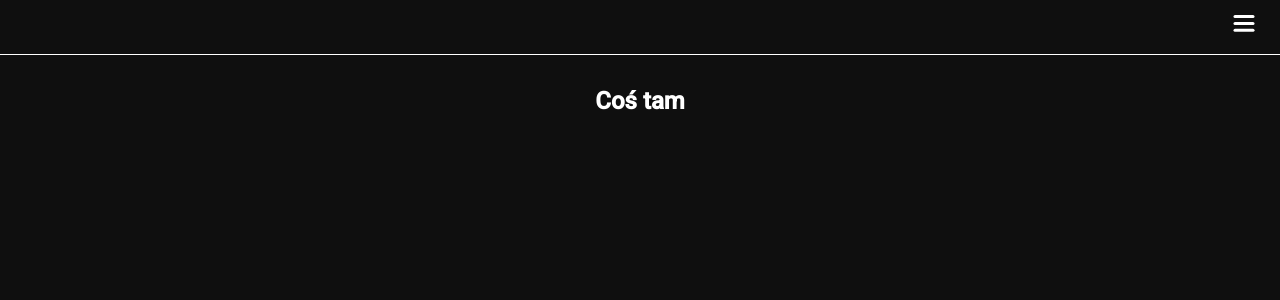
Repository: KrzysKolo/sr_tydzien5_zad3
Page: /
An editor plug-in stored every save of this project. The page is shown before and after the next save, followed by the edit.
The browser window is 1280 px wide. The pictures show the whole page.
The project was rebuilt for these pictures with package versions that can differ from the ones it lists, and the page was loaded fresh each time.

Above is the page before, as saved 2020-12-31 11:55:15.

### public/index.html
<!DOCTYPE html>
<html lang="en">
  <head>
    <meta charset="utf-8" />
    <link rel="icon" href="%PUBLIC_URL%/favicon.ico" />
    <meta name="viewport" content="width=device-width, initial-scale=1" />
    <meta name="theme-color" content="#000000" />
    <meta
      name="description"
      content="Web site created using create-react-app"
    />
    <link rel="apple-touch-icon" href="%PUBLIC_URL%/logo192.png" />
    <!--
      manifest.json provides metadata used when your web app is installed on a
      user's mobile device or desktop. See https://developers.google.com/web/fundamentals/web-app-manifest/
    -->
    <link rel="manifest" href="%PUBLIC_URL%/manifest.json" />
    <!--
      Notice the use of %PUBLIC_URL% in the tags above.
      It will be replaced with the URL of the `public` folder during the build.
      Only files inside the `public` folder can be referenced from the HTML.

      Unlike "/favicon.ico" or "favicon.ico", "%PUBLIC_URL%/favicon.ico" will
      work correctly both with client-side routing and a non-root public URL.
      Learn how to configure a non-root public URL by running `npm run build`.
    -->
    <link rel="preconnect" href="https://fonts.gstatic.com">
    <link href="https://fonts.googleapis.com/css2?family=Poppins:wght@300;400&family=Roboto:wght@500&display=swap" rel="stylesheet">
    <title>Menu nawigacyjne</title>
  </head>
  <body>
    <noscript>You need to enable JavaScript to run this app.</noscript>
    <div id="root"></div>
    <!--
      This HTML file is a template.
      If you open it directly in the browser, you will see an empty page.

      You can add webfonts, meta tags, or analytics to this file.
      The build step will place the bundled scripts into the <body> tag.

      To begin the development, run `npm start` or `yarn start`.
      To create a production bundle, use `npm run build` or `yarn build`.
    -->
  </body>
</html>

### src/App.js
import React from 'react';
import styled from 'styled-components';
import './App.css';
import { BrowserRouter } from 'react-router-dom';
import Navbar from './components/navbar/Navbar';

const AppContainer = styled.div`
  width: 100vw;
  height: 100vh;
  display: flex;
  flex-direction: column;
  align-items: center;
  background-color: rgba(15, 15, 15, 1);
  color: #fff;
`;
const InnerContainer = styled.div`
  width: 100%;
  display: flex;
  flex-direction: column;
  align-items: center;
  padding: 2rem;
`;
const SomeContent = styled.h2`
  color: #fff;
`;
const App = () => {
  return (
    <BrowserRouter>
      <AppContainer>
        <Navbar />
        <InnerContainer>
          <SomeContent>Coś tam</SomeContent>
        </InnerContainer>
      </AppContainer>
    </BrowserRouter>
  )
}

export default App;

### src/App.css
* {
  box-sizing: border-box;
  padding: 0;
  margin: 0;
}
body {
  font-family: "Roboto", sans-serif;
}

### src/components/navbar/Navbar.js
import React from 'react';
import styled from 'styled-components';
import HamburgerMenu from './../../components/hamburgerMenu/HamburgerMenu';

const NavbarContainer = styled.div`
    width: 100vw;
    height: 55px;
    border-bottom: 1px solid #fff;
    display: flex;
    flex-direction: row-reverse;
    align-items: center;
    padding: 0 1.5rem;
`;
const Navbar = () => {
    return (
        <NavbarContainer>
            <HamburgerMenu />
        </NavbarContainer>
    )
}

export default Navbar;

### src/components/hamburgerMenu/HamburgerMenu.js
import React, { useState } from 'react';
import styled from 'styled-components';
import MenuToggle from './MenuToggle';
import NavMenu from './NavMenu';
import { motion } from 'framer-motion';
import { FontAwesomeIcon } from '@fortawesome/react-fontawesome';
import { faUserCircle } from '@fortawesome/free-solid-svg-icons';

const HamburgerMenuContainer = styled.div`
    display: flex;
`;

const HamburgerIcon = styled.div`
    color: ${({ reverseColor }) => reverseColor ? "#000" : "#fff"};
    cursor: pointer;
    z-index: 99;
    transition: all 0.25s ease-in-out;
`;

const MenuContainer = styled(motion.div)`
    height: 100%;
    width: 100%;
    max-width: 100%;
    background-color: #fff;
    box-shadow: -2px 0 2px rgba(15, 15, 15, 0.3);
    z-index: 90;
    position: fixed;
    top: 0;
    right: 0;
    transform: translateX(4em);
    user-select: none;
    padding: 1rem 2.5rem;

`;

const TopContainer = styled.div`
    display: flex;
    width: 100%;
`;

const IconContainer = styled.div`
    font-size: 15px;
    color: #555;
    padding-right: 5px;
`;

const LoginButton = styled(motion.button)`
    border: 0;
    background: transparent;
    color: #555;
    display: flex;
    flex-direction: row;
    font-size: 13px;
    font-weight: 700;
    transition: all .25s ease-in-out;
    &:hover {
        color: #666;
    }
    &:focus {
        outline: none;
    }
    &:not(:last-of-type){
        border-right: 1px solid #cecece;
        padding-right: 10px;
        margin-right: 10px;
    }
`;

const ContentContainer = styled.div`
    display: flex;
    flex-direction: column;
    margin-top: 1rem;
`;

const menuTransition = { type: "spring", duration: 1, stiffness: 33, delay: 0.1 }
const menuVariants = {
    open: {
        transform: "translateX(3%)",
    },
    closed: {
        transform: "translateX(103%)",
    },
}

const HamburgerMenu = (props) => {
    const [isOpen, setIsOpen] = useState(false)
    const toggleMenu = () => {
        setIsOpen(!isOpen);
    }
    return (
        <HamburgerMenuContainer>
            <HamburgerIcon>
                <MenuToggle toggle={toggleMenu} isOpen={isOpen} />
            </HamburgerIcon>

            <MenuContainer
            initial={false}
            animate={isOpen ? "open" : "closed"}
            variants={menuVariants}
            transition={menuTransition}>
                <TopContainer>
                    <LoginButton>
                        <IconContainer>
                            <FontAwesomeIcon icon={faUserCircle}/>
                        </IconContainer>
                        LOGIN
                    </LoginButton>
                    <LoginButton>
                        JOIN US
                    </LoginButton>
                </TopContainer>
                <ContentContainer>
                    <NavMenu toggle={toggleMenu}  isOpen={isOpen} />
                </ContentContainer>
            </MenuContainer>

        </HamburgerMenuContainer>
    )
}

export default HamburgerMenu;

### src/components/hamburgerMenu/MenuToggle.js
import { motion } from 'framer-motion';
import React from 'react';
import styled from 'styled-components';

const Button = styled.div`
    z-index: 99;
    cursor: pointer;
`;

const Path = (props) => (
    <motion.path fill="transparent" strokeLinecap="round" strokeWidth="3" {...props} />
)
const transition = { duration: 0.3 };
const MenuToggle = ({ toggle, isOpen }) => {
    return (
        <Button onClick={toggle}>
            <svg width="23" height="23" viewBox="0 0 23 23">
                <Path animate={isOpen ? "open" : "closed"} initial={false}
                variants={{
                    closed: {d: "M 2 2.5 L 20 2.5", stroke: "hsl(0, 0%, 100%)"},
                    open: {d: "M 3 16.5 L 17 2.5", stroke: "hsl(0, 0%, 18%)"},
                }} transition={transition} />
                <Path
                d="M 2 9.423 L 20 9.423"
                stroke="hsl(0, 0%, 100%)"
                animate={isOpen ? "open" : "closed"}
                initial={false}
                variants={{
                    closed: { opacity: 1},
                    open: { opacity: 0 },
                }} transition={transition} />
                <Path
                animate={isOpen ? "open" : "closed"}
                 initial={false}
                variants={{
                    closed: {d: "M 2 16.346 L 20 16.346", stroke: "hsl(0, 0%, 100%)"},
                    open: {d: "M 3 2.5 L 17 16.346", stroke: "hsl(0, 0%, 18%)"},
                }} transition={transition} />
            </svg>

        </Button>
    )
}

export default MenuToggle;

### src/components/hamburgerMenu/NavMenu.js
import React from 'react';
import styled from 'styled-components';
import { motion } from 'framer-motion';
import { Link } from 'react-router-dom';

const NavMenuContainer = styled.div`
    width: 100%;
    display: flex;
    flex-direction: column;
`;
const NavList = styled.ul`
    padding: 0 0.8em;
    width: 100%;
    display: flex;
    flex-direction: column;
`;
const NavButton = styled.div`
    background: linear-gradient(90deg, rgba(219,219,219,0.1) 0%, rgba(255,255,255,1)  50%, rgba(219,219,219,0.1) 100%);
    text-align: center;
    line-height: 55px;
    border-bottom: 2px solid rgba(219, 219, 219, .4);
    color: #555;
    font-size: 18px;
    margin-right: 30px;
    font-weight: 600;
    height: 55px;
    transition: all 0.25s ease-in-out;
    &:hover{
        background: linear-gradient(90deg, rgba(255,255,255,1) 0%, rgba(219,219,219,0.1) 50%, rgba(255,255,255,1) 100%);
        color: rgb(255, 0, 0);
    }
`;
const NavLink = styled(motion.li)`
    border-bottom: 2px solid rgba(219, 219, 219, .4);
    margin-right: 30px;
    font-weight: 600;
    height: 55px;
    display: flex;
    align-items: center;
    cursor: pointer;

    a {
        font-size: 18px;
        color: #444;
        text-decoration: none;
        transition: all 0.2s ease-in-out;
    }
    &:hover {
        background: linear-gradient(90deg, rgba(255,255,255,1) 0%, rgba(219,219,219,0.1) 50%, rgba(255,255,255,1) 100%);
        border-bottom: 2px solid rgba(219, 219, 219, .2);
        a {
            color: rgba(85, 85, 85, .8);
        }
    }
`;
const variants = {
    show: {
        transform: "translateX(0em)",
        opacity: 1,
    },
    hide: {
        transform: "translateX(5em)",
        opacity: 0,
    },
}
const NavMenu = ({ isOpen, toggle }) => {
    return (
        <NavMenuContainer>
            <NavList>
                <NavLink
                initial={false}
                animate={ isOpen ? "show" : "hide"}
                variants={{
                    show: {
                         ...variants.show,
                         transition: { delay: 0.3, duration: 0.2},
                        },
                    hide: {
                        ...variants.hide,
                        transition: { delay: 0.05, duration: 0.05 },
                        },
                    }}
    >
                    <Link to="/">Home</Link>
                </NavLink>
                <NavLink
                initial={false}
                animate={ isOpen ? "show" : "hide"}
                variants={{
                    show: {
                         ...variants.show,
                         transition: { delay: 0.4, duration: 0.2},
                        },
                    hide: {
                        ...variants.hide,
                        transition: { delay: 0.1, duration: 0.05 },
                        },
                    }}
    >
                    <Link to="/products">Products</Link>
                </NavLink>
                <NavLink
                initial={false}
                animate={ isOpen ? "show" : "hide"}
                variants={{
                    show: {
                         ...variants.show,
                         transition: { delay: 0.5, duration: 0.2},
                        },
                    hide: {
                        ...variants.hide,
                        transition: { delay: 0.15, duration: 0.05 },
                        },
                    }}
    >
                    <Link to="/about">About</Link>
                </NavLink>
                <NavLink
                initial={false}
                animate={ isOpen ? "show" : "hide"}
                variants={{
                    show: {
                         ...variants.show,
                         transition: { delay: 0.6, duration: 0.2},
                        },
                    hide: {
                        ...variants.hide,
                        transition: { delay: 0.2, duration: 0.05 },
                        },
                    }}
    >
                    <Link to="/contact">Contact</Link>
                </NavLink>
                <NavButton onClick={toggle}>Close</NavButton>

            </NavList>
        </NavMenuContainer>

    )
}

export default NavMenu;

Loaded but not shown: src/index.js (common file); src/index.css (common file)

After the next save:
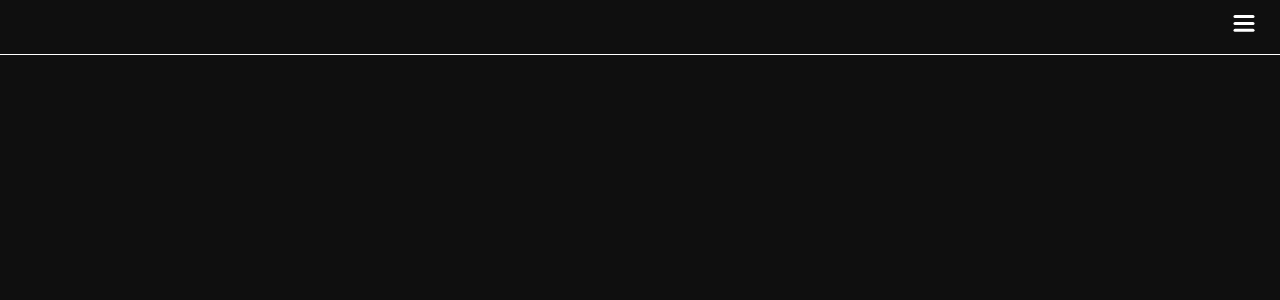
Saved 4 min 25 s later.
--- a/src/App.js
+++ b/src/App.js
@@ -1,7 +1,7 @@
 import React from 'react';
 import styled from 'styled-components';
 import './App.css';
-import { BrowserRouter } from 'react-router-dom';
+import { BrowserRouter as Router } from 'react-router-dom';
 import Navbar from './components/navbar/Navbar';
 
 const AppContainer = styled.div`
@@ -25,14 +25,16 @@ const SomeContent = styled.h2`
 `;
 const App = () => {
   return (
-    <BrowserRouter>
+    <Router>
       <AppContainer>
         <Navbar />
         <InnerContainer>
-          <SomeContent>Coś tam</SomeContent>
+          <SomeContent>
+
+          </SomeContent>
         </InnerContainer>
       </AppContainer>
-    </BrowserRouter>
+    </Router>
   )
 }
 
